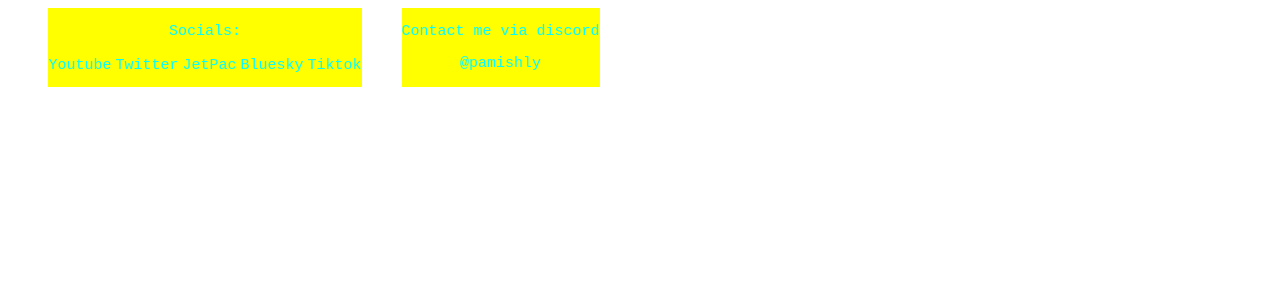
Repository: Pamishly/resources
Page: footer.html
These files come from the project's save history. The page is drawn as it stood at one moment and after a run of saves; the edit follows.
The browser window is 1280 px wide. The pictures show the whole page.

Above is the page before, as saved 2025-01-26 01:16:29.

After the next 2 saves:
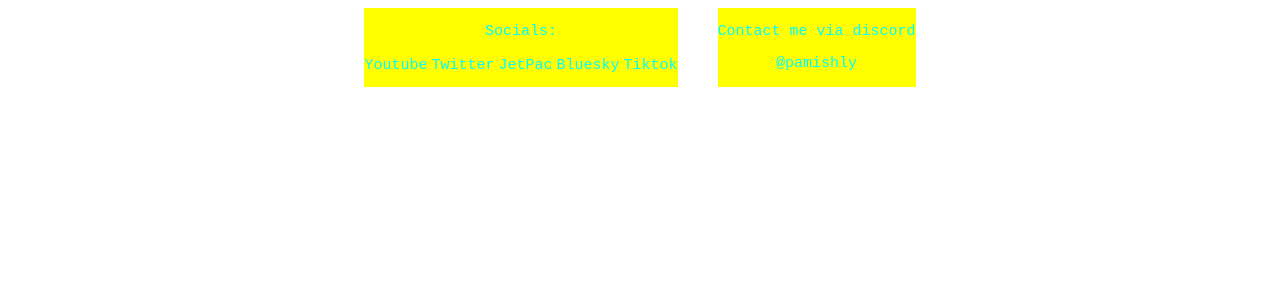
The 2 saves are shown as one change because they came seconds apart.
The last was saved 13 s later.
--- a/footer.html
+++ b/footer.html
@@ -24,7 +24,7 @@
         display: flex;
         justify-content: center;
         gap: 40px;
-        width: 50%;
+        width: 100%;
     }
     #contact {
         background: yellow;
